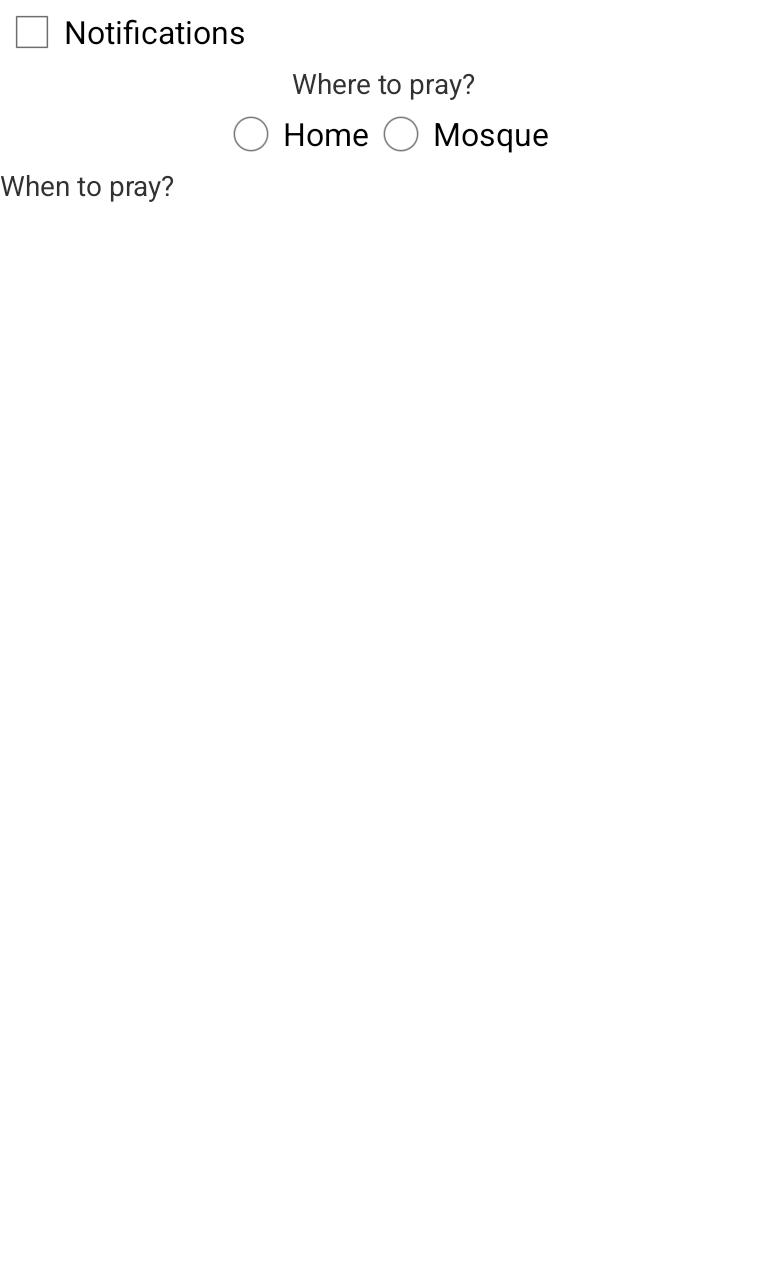
Repository: Osamah/Afstudeerwerk
Layout: NativeApp/SecondPillar/res/layout/activity_settings.xml
These files come from the project's save history. The layout is drawn as it stood at one moment and after the next save; the edit follows.
It is drawn on a 768 x 1280 px phone screen (xhdpi) without system bars, with theme AppTheme; the app's code is not run.

Above is the layout before, as saved 2012-12-29 13:23:34.

After the next save:
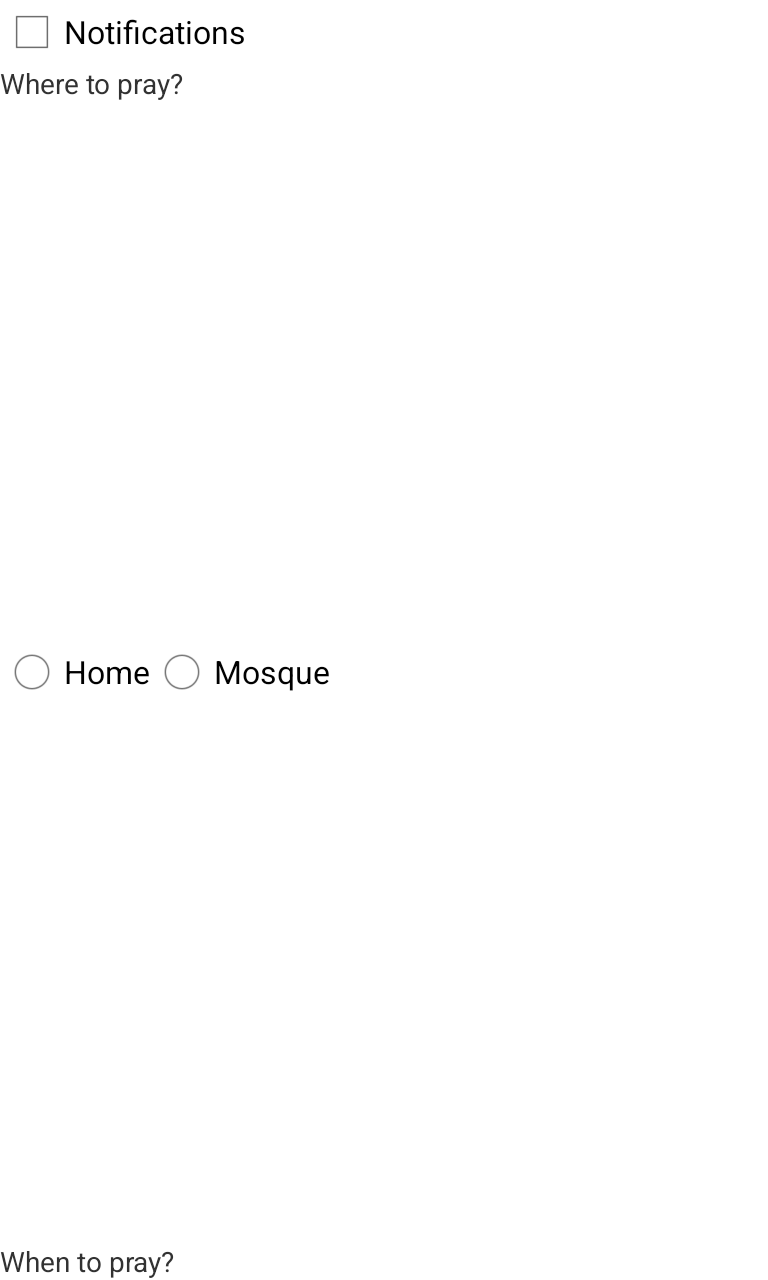
Saved 5 h 6 min later.
--- a/NativeApp/SecondPillar/res/layout/activity_settings.xml
+++ b/NativeApp/SecondPillar/res/layout/activity_settings.xml
@@ -13,7 +13,7 @@
     <TextView
         android:layout_width="wrap_content"
         android:layout_height="wrap_content"
-        android:layout_gravity="1"
+        android:layout_weight="1"
         android:text="@string/prayingWhere" />
 
 	<RadioGroup
@@ -21,7 +21,7 @@
 	    android:layout_width="wrap_content"
 	    android:layout_height="wrap_content"
 	    android:orientation="horizontal"
-	    android:layout_gravity="1" >
+	    android:layout_weight="1" >
 
 	    <RadioButton
 	    	android:id="@+id/prayhome"
